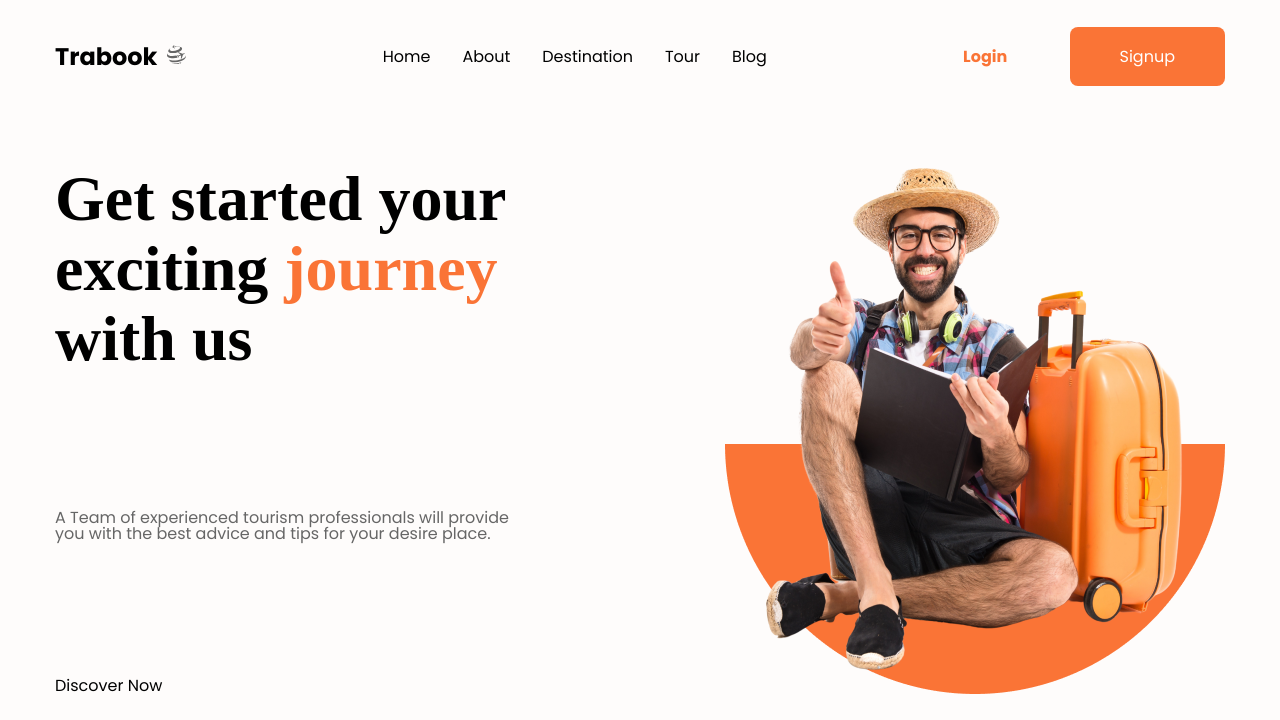
Repository: phobo99/phobo99.github.io
Page: Trabook/index.html
The author's editor kept a copy of each file at every save. The page is drawn from the files as they stood at one save, then again after the next save.
The browser window is 1280 px wide. The pictures show the whole page.
Some web libraries are served in a nearby version. The style sheet was rebuilt from its Sass, Less or Tailwind sources for each picture, by a compiler version that may differ from the author's.

Above is the page before, as saved 2022-06-18 22:22:50.

### Trabook/index.html
<!DOCTYPE html>
<html lang="en">

<head>
    <meta charset="UTF-8">
    <meta http-equiv="X-UA-Compatible" content="IE=edge">
    <meta name="viewport" content="width=device-width, initial-scale=1.0">
    <title>Responsive</title>
    <link href="https://fonts.googleapis.com/css2?family=Poppins:wght@300;400;700&display=swap" rel="stylesheet">
    <link rel="stylesheet" href="https://cdnjs.cloudflare.com/ajax/libs/font-awesome/6.1.1/css/all.min.css"
        integrity="sha512-KfkfwYDsLkIlwQp6LFnl8zNdLGxu9YAA1QvwINks4PhcElQSvqcyVLLD9aMhXd13uQjoXtEKNosOWaZqXgel0g=="
        crossorigin="anonymous" referrerpolicy="no-referrer" />

    <link rel="stylesheet" href="reset.css">
    <link rel="stylesheet" href="style.css">
</head>

<body>
    <div class="container-fluid">
        <header class="header container">
            <div class="nav-bar">
                <div class="logo">
                    <span class="text-logo">Trabook</span>
                    <svg width="19" height="19" viewBox="0 0 19 19" fill="none" xmlns="http://www.w3.org/2000/svg">
                        <path
                            d="M1.64111 4.96058C1.79426 4.76583 1.99595 4.50221 2.15747 4.31379C2.6412 3.79446 2.70397 3.72638 3.14417 3.34242C3.27473 3.24108 3.42956 3.11917 3.58103 3.00437C2.46378 3.89896 2.32151 4.88933 3.3467 5.50129C3.34503 5.50129 3.34503 5.50129 3.34503 5.50287C4.77863 6.31987 7.92034 6.14333 10.3992 5.09675C12.8003 4.08342 13.6865 2.63388 12.5015 1.77254C11.4612 1.58808 10.221 1.56671 8.90871 1.73296L8.7723 1.52L8.88528 1.16692C9.6569 1.10121 10.39 1.11704 11.0227 1.21917C11.1759 1.24371 11.3776 1.28567 11.5282 1.31575C11.8194 1.38304 11.9776 1.42342 12.1676 1.48121C12.3617 1.53583 12.5274 1.59046 12.8162 1.69179C13.099 1.79708 13.2212 1.84458 13.448 1.95146C13.702 2.06108 13.9488 2.18506 14.187 2.32275C16.0751 3.44612 14.9009 5.49575 11.5692 6.90017C8.24673 8.29983 4.01287 8.51992 2.11563 7.41C2.11479 7.40842 2.11228 7.40683 2.10726 7.40525H2.11061C1.07453 6.78458 0.965735 5.88367 1.64111 4.96058ZM10.2854 12.8139L10.2586 11.552L9.31042 10.5545C6.17792 11.2258 3.09898 11.0817 1.38669 10.1278C1.38084 10.1215 1.36661 10.1151 1.36075 10.1088C0.391624 9.54433 0.152272 8.816 0.225082 8.02433C-0.00171646 9.18254 -0.0201282 9.60054 0.0125108 10.5917C0.0526817 11.2124 0.431795 11.7847 1.19421 12.236L1.20007 12.2423C3.02533 13.3158 6.82819 13.5486 10.2854 12.8139ZM14.2397 14.2587C9.81842 15.9362 4.28486 16.0352 1.8813 14.4827C2.14087 15.0828 2.49406 15.6427 2.92909 16.1437C5.13515 17.5687 10.2143 17.4776 14.2707 15.9378C16.645 15.0377 18.143 13.8399 18.5364 12.7173L18.6468 12.3793C18.9088 11.5227 18.9582 10.8094 19 10.1745C18.9523 11.5528 17.2358 13.1203 14.2397 14.2587ZM4.47986 17.4895C4.61878 17.6146 5.05564 18.122 7.26923 18.6825C7.86761 18.8076 9.37402 19.209 12.1567 18.6255L12.1734 18.3857L11.9533 18.0595C9.37151 18.6374 6.50347 18.4442 4.47986 17.4895ZM10.8687 7.50737L13.2196 9.19283C13.2196 9.19283 13.7225 9.53563 13.248 9.77629C12.7752 10.0146 11.5608 10.598 11.5608 10.598L10.3616 10.1745L9.75983 10.4278L10.821 11.2995L10.8294 12.6556L11.4529 12.3935L11.8663 11.248C11.8663 11.248 13.1359 10.7857 13.6397 10.6115C14.146 10.4413 14.0782 11.024 14.0782 11.024L13.8288 13.8035L14.6573 13.4552L16.0215 9.70504C16.0215 9.70504 16.7446 9.37254 17.2534 9.08042C17.7614 8.78829 17.9355 8.30379 17.9355 8.30379C17.9355 8.30379 17.44 8.10192 16.8693 8.26421C16.2985 8.42492 15.5545 8.7115 15.5545 8.7115L11.6947 7.16062L10.8687 7.50737ZM5.89505 2.17471L7.49101 3.37725L7.92703 3.3155L7.05833 2.23646C7.05833 2.23646 6.8692 2.01321 7.12361 1.96017C7.3797 1.90633 8.02746 1.78125 8.02746 1.78125L8.51453 2.14937L8.8426 2.10346L8.47101 1.54454L8.66685 0.924667L8.34966 0.968208L7.9739 1.44004C7.9739 1.44004 7.31443 1.49862 7.05499 1.51921C6.79388 1.53821 6.90602 1.273 6.90602 1.273L7.40648 0L6.96795 0.0609583L5.81303 1.65142C5.81303 1.65142 5.42806 1.71792 5.14938 1.79313C4.86985 1.86754 4.72256 2.07179 4.72256 2.07179C4.72256 2.07179 4.9276 2.22854 5.21633 2.223C5.50757 2.21746 5.89505 2.17471 5.89505 2.17471ZM13.7828 17.6265L12.7501 17.1158L12.5124 17.1942L13.1242 17.712C13.1242 17.712 13.2547 17.8172 13.1175 17.8735C12.9802 17.9289 12.6304 18.065 12.6304 18.065L12.3417 17.9431L12.1701 18.0017L12.4103 18.244L12.3868 18.5978L12.5659 18.5392L12.6998 18.2519C12.6998 18.2519 13.0631 18.1497 13.2078 18.1133C13.3518 18.0761 13.3192 18.236 13.3192 18.236L13.1827 19L13.4213 18.9216L13.8891 17.9115C13.8891 17.9115 14.0958 17.8347 14.2439 17.7642C14.3921 17.6937 14.4506 17.5639 14.4506 17.5639C14.4506 17.5639 14.3192 17.4958 14.1569 17.5299C13.9937 17.5623 13.7828 17.6265 13.7828 17.6265Z"
                            fill="#666666" />
                    </svg>
                </div>
                <div class="menu-list">
                    <ul class="menu">
                        <li>Home</li>
                        <li>About</li>
                        <li>Destination</li>
                        <li>Tour</li>
                        <li>Blog</li>
                    </ul>
                </div>
                <div class="nav-login">
                    <span class="login">Login</span>
                    <span class="sign-up">Signup</span>
                </div>
            </div>
            <div class="content">
                <div class="content-left">
                    <h1 class="header-content">Get started your exciting <span class="text-org">journey</span> with us
                    </h1>
                    <span class="desc-content">A Team of experienced tourism professionals will provide you with the
                        best advice and tips for
                        your desire place. </span>
                    <div class="button">
                        Discover Now
                    </div>
                </div>
                <div class="content-right">
                    <img src="./img/people-01.png" alt="" class="img-people">
                </div>
            </div>
        </header>
    </div>
</body>

</html>

### Trabook/style.scss
$bg-color: #fefcfb;
$primary-color: #fa7436;
$header-color: #222;
$gray-color: #666666;

@mixin size($width, $height: $width) {
  width: $width;
  height: $height;
}
@mixin flexbox(
  $align: flex-start,
  $justify: flex-start,
  $flex-direction: row,
  $wrap: nowrap
) {
  display: flex;
  align-items: $align;
  justify-content: $justify;
  flex-direction: $flex-direction;
  flex-wrap: $wrap;
}
html {
  font-size: 62.5%;
}
* {
  box-sizing: border-box;
}
body {
  font-size: 1.6rem;
  font-family: "Poppins", sans-serif;
  font-weight: normal;
  background-color: #fefcfb;
}

a {
  text-decoration: none;
}

img {
  display: block;
  max-width: 100%;
}
h1 {
  font-family: "Volkhov";
  font-style: normal;
  font-weight: 700;
  font-size: 64px;
  line-height: 70px;
}
.container-fluid {
  .container {
    max-width: 1170px;
    margin: 0 auto;
  }
  .text-org {
    color: $primary-color;
  }
  .header {
    .nav-bar {
      display: flex;
      @include size(100%, 114px);
      align-items: center;
      justify-content: space-between;
      .logo {
        display: flex;
        cursor: pointer;
        .text-logo {
          font-size: 24px;
          font-weight: bold;
          margin-right: 10px;
        }
      }
      .menu-list {
        .menu {
          @include flexbox(stretch, space-between);
          gap: 32px;
          li {
            cursor: pointer;
          }
        }
      }
      .nav-login {
        .login {
          font-size: 16px;
          font-weight: 600;
          color: $primary-color;
          cursor: pointer;
        }
        .sign-up {
          padding: 18px 50px;
          background-color: $primary-color;
          border-radius: 8px;
          color: white;
          margin-left: 58px;
          cursor: pointer;
          &:hover {
            opacity: 0.8;
            transition: all 0.2s linear;
          }
        }
      }
    }
    .content {
      @include size(100%, 530px);
      @include flexbox(stretch, space-between);
      margin-top: 50px;
      .content-left {
        @include flexbox(stretch, space-between, column);
        @include size(486px, auto);
        .header-content {
          font-size: 64px;
          font-weight: 700;
        }
        .desc-content {
          color: $gray-color;
        }
      }
      .content-right {
      }
    }
  }
}
@media screen and (min-width: 768px) {
}
@media screen and (max-width: 767px) {
}

Loaded but not shown: Trabook/reset.css (common file)

After the next save:
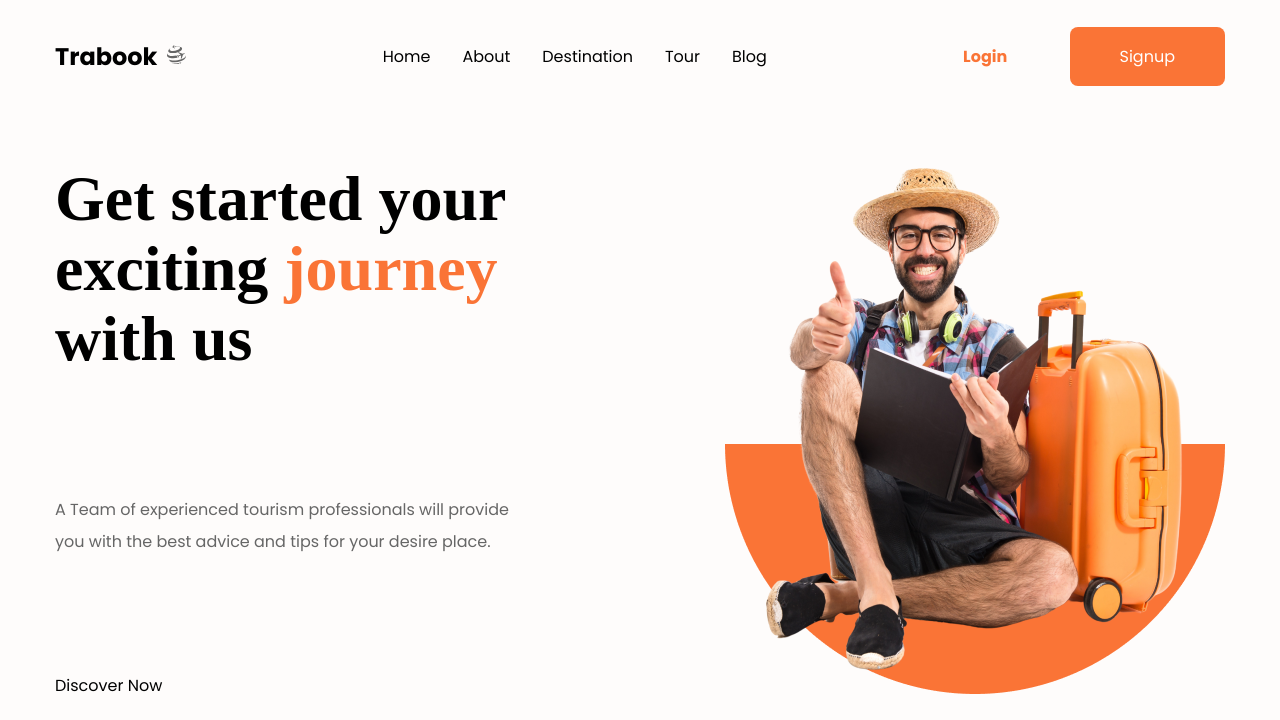
Saved 32 s later.
--- a/Trabook/style.scss
+++ b/Trabook/style.scss
@@ -113,6 +113,7 @@ h1 {
         }
         .desc-content {
           color: $gray-color;
+          line-height: 2;
         }
       }
       .content-right {
